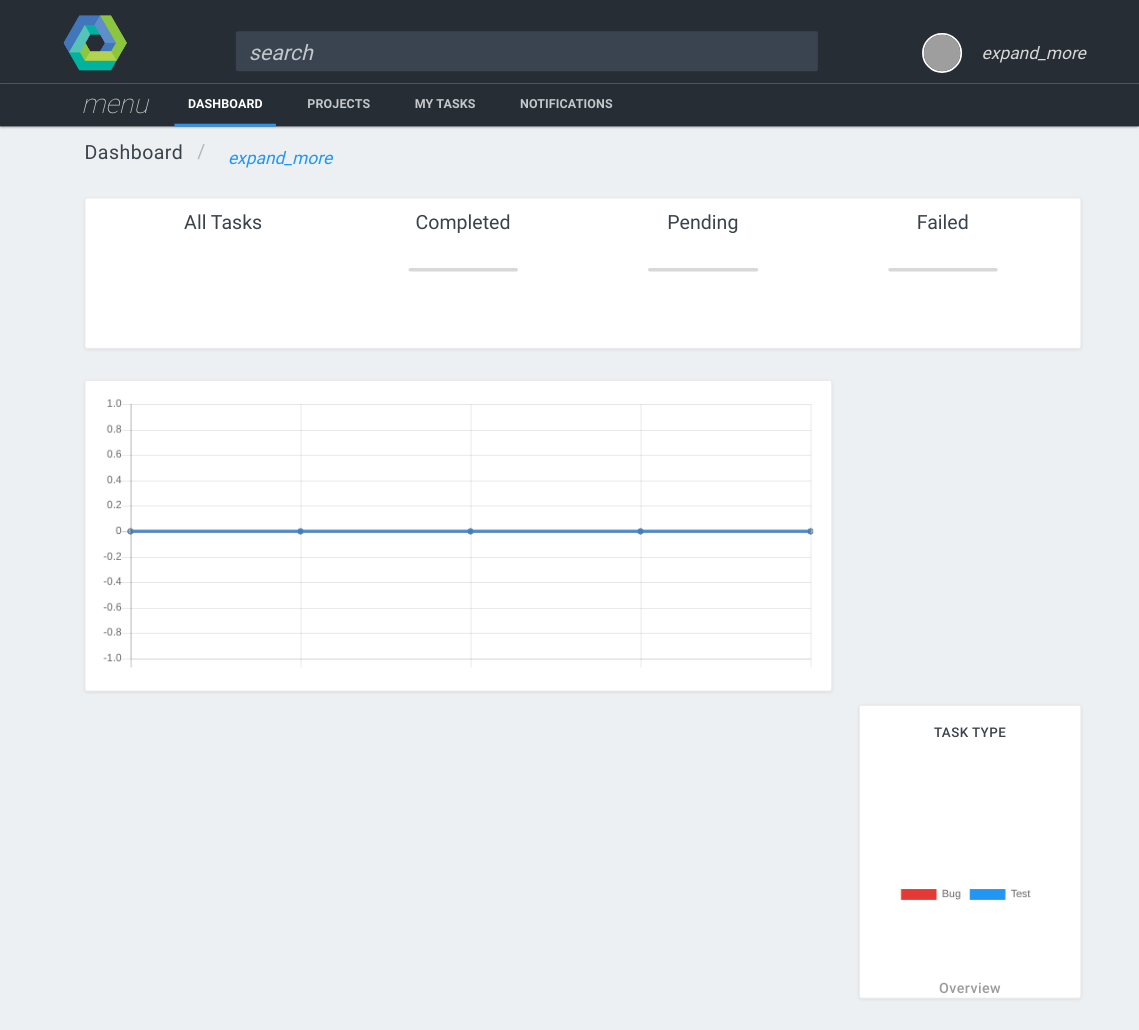
Repository: RenanChagas/ProjectManagement
Page: http://localhost/finalproject/WEB-INF/views/dashboard.jsp
The author's editor kept a copy of each file at every save. The page is drawn from the files as they stood at one save, then again after the next save.
The browser window is 1280 px wide. The pictures show the whole page, at 89% of full size.
Pictures or frames that could not be fetched are drawn as grey boxes. The page is served by Tomcat 9. Nobody is signed in. Other server files are loaded and not shown. The template is opened directly, without the code that normally fills it, so the values that code supplies are empty.

Above is the page before, as saved 2017-11-20 03:40:55.

### finalproject/src/main/webapp/WEB-INF/views/dashboard.jsp
<%@ page language="java" contentType="text/html; charset=ISO-8859-1" pageEncoding="ISO-8859-1"%>
<%@ taglib prefix="c" uri="http://java.sun.com/jsp/jstl/core"%>
<%@ taglib prefix="form" uri="http://www.springframework.org/tags/form"%>
<%@ taglib prefix="t" uri="http://www.springframework.org/tags"%>

<!DOCTYPE html>
<html lang="en">
<head>
  <meta http-equiv="Content-Type" content="text/html; charset=UTF-8"/>
  <meta name="viewport" content="width=device-width, initial-scale=1, maximum-scale=1.0"/>
  <title>Course Management</title>

  <!-- CSS  -->
  <link href="https://fonts.googleapis.com/icon?family=Material+Icons" rel="stylesheet">
  <link type="text/css" rel="stylesheet" media="screen,projection" href="<c:url value='/static/css/materialize.css' />"/>
  <link type="text/css" rel="stylesheet" media="screen,projection" href="<c:url value='/static/css/custom-css.css' />"/>

  <!--  Scripts-->
  <script src="<c:url value="/static/js/jquery-2.1.1.min.js" />"></script>
  <script src="<c:url value="/static/js/materialize.js" />"></script>
  <script src="<c:url value="/static/js/Chart.js" />"></script>
  <script src="<c:url value="/static/js/menu.js" />"></script>

  <!-- Website Logo -->
  <link rel="icon" href="<c:url value="/static/images/default/logo.png"/>">

  <script type="text/javascript">
	  $(document).ready(function() {

		  var completedTaskPerc = ${percCompletedTasks} + '%';
		  var percPendingTasks = ${percPendingTasks} + '%';
		  var percFailedTasks = ${percFailedTasks} + '%';

		  $('#completedTasks').attr('style','width: ' + completedTaskPerc);
		  $('#pendingTasks').attr('style','width: ' + percPendingTasks);
		  $('#failedTasks').attr('style','width: ' + percFailedTasks);



	  });
  </script>

</head>
<body>
<c:set var="contextPath" value="${pageContext.request.contextPath}"/>

	<!-- NAV TOP  -->
	<nav id="logo_nav" class="MDC-navbar-style MDC-shadow-0 hide-on-small-and-down">
    	<div class="nav-wrapper MDC-nav-margin">
    		<!--  NAV CONTAINER -->
      		<div class="row MDC-nav-top-container ">

        	<!-- Logo -->
        	<div class="col s12 m3 l2">
          		<div class="MDC-nav-logo-position">
          			<img src="<c:url value="/static/images/default/logo.png"/>" class="MDC-nav-logo-size"/>
          		</div>
        	</div>

        	<!-- Search -->
        	<div class="col s12 m7 l7">
          		<div class="MDC-nav-search-position">
            	<form>
              		<div class="input-field">
                		<input id="search" type="search" class="MDC-nav-search-focus" required>
                		<label class="label-icon" for="search"><i class="material-icons MDC-nav-search-focus">search</i></label>
                  		<i class="material-icons MDC-nav-search-focus">close</i>
              		</div>
            	</form>
          		</div>
        	</div>

        	<!-- Avatar -->
        	<div class="col s12 m2 l3">
          		<div class="MDC-nav-account-position">
	            	<!-- Dropdown Trigger -->
	            	<a class="dropdown-button " data-beloworigin="true"
	               		href='#' data-activates='account-dropdown'>
	               		<div class="MDC-nav-account-option-position hide-on-med-and-down">
	                		 <i class="material-icons MDC-icon-small MDC-color-grey-light">expand_more</i>
	               		</div>
	               		<span class="MDC-login-text MDC-nav-account-text-position
	               					MDC-color-grey-light hide-on-med-and-down">
	                 	${user.username}
	               		</span>
	               		<img src="<c:url value="/static/images/avatar/${user.username}/${user.username}.png"/>"
	               				class="MDC-avatar-circle-small mdc-nav-avatar-position"/>
	            	</a>
	            	<!-- Dropdown Structure -->
	            	<ul id='account-dropdown' class='dropdown-content MDC-nav-account-dropdown-position'>
	              		<li><a id="profile" class="modal-trigger MDC-color-grey-dark-2 MDC-font-15" href="${contextPath}/profile">Profile</a></li>
	              		<li><a class="MDC-color-grey-dark-2 MDC-font-15" href="#!">Report a Problem</a></li>
	              		<li class="divider"></li>
	              		<li><a class="MDC-color-grey-dark-2 MDC-font-15" href="${contextPath}/logout">Logout</a></li>
	            	</ul>
          		</div>
        	</div>

			</div>
			<!--  NAV CONTAINER - END-->
		</div>
	</nav>
	<!-- NAV TOP - END -->

  <!-- NAV MENU  -->
  <div class="MDC-menu-fullWidth">
    <div class="MDC-shadow-bottom">
      <header class="MDC-shadow-bottom">
        <nav id="menu_nav" class="MDC-navbar-menu-size MDC-navbar-style MDC-shadow-0 MDC-nav-margin">
          <div class="nav-wrapper MDC-nav-margin MDC-left">
            <!-- MENU ROW -->
            <div class="row">
              <div class="col">
                <div class="MDC-nav-menu-container">

                  <ul id="nav-mobile" class="MDC-nav-menu-ul left left-align">
                    <a href="#" id="mobile-icon" onclick="openNav()" class="left MDC-padding-mobile-0
                    MDC-hover-none">
                      <i class="material-icons MDC-nav-tabs-icon MDC-color-grey-light">
                        menu
                      </i>
                    </a>
                    <li class="MDC-navbar-menu"><a class="active MDC-navbar-active" href="${contextPath}/dashboard">Dashboard</a></li>
                    <li class="MDC-navbar-menu"><a href="${contextPath}/projects">Projects</a></li>
                    <li class="MDC-navbar-menu"><a href="#!">My Tasks</a></li>
                    <li class="MDC-navbar-menu"><a href="${contextPath}/notification">Notifications
                      </a>
                    </li>
                  </ul>
                  <div id="mySidenav" class="MDC-sidenav">
                    <a href="javascript:void(0)" class="MDC-closebtn" onclick="closeNav()">x</a>
                    <a href="#">About</a>
                    <a href="#">Services</a>
                    <a href="#">Clients</a>
                    <a href="#">Contact</a>
                  </div>

                </div>
              </div>
            </div>
            <!-- MENU ROW - END -->
          </div>
        </nav>
      </header>
    </div>
  </div>
  <!-- NAV MENU - END -->

  <!-- TITLE PAGE -->
  <div class="row  MDC-page-center MDC-page-container">
    <div class="col MDC-padding-0 left">
      <div class="MDC-page-title-size">
        <font class="MDC-h5-style MDC-color-grey-dark-2 MDC-display-inline">Dashboard</font>
        <font class="MDC-h5-style MDC-color-grey-light-2 MDC-display-inline MDC-relative
                     MDC-news-counterBar-position">/
        </font>
        <font class="MDC-h5-style MDC-color-blue MDC-display-inline">${user.username}</font>
        <i class="material-icons MDC-icon-small MDC-color-blue
                  MDC-news-expand-icon-position MDC-relative">expand_more</i>

      </div>
    </div>
  </div>
  <!-- TITLE PAGE - END -->

  <!-- RESUME CONTAINER -->
  <div class="MDC-page-center MDC-page-container">
    <!-- RESUME CONTENT -->
    <div class="row MDC-page-margin-top">
      <div class="col l12 MDC-padding-0 MDC-margin-right40">
        <div class="MDC-card MDC-dashboard-card-size">
          <div class="MDC-card-news-container">

            <!-- All Courses -->
            <div class="col l3">
              <div class="row center">
                <font class="MDC-font-22 MDC-color-grey-dark-2">
                  All Tasks
                </font>
              </div>
              <div class="row center">
                <font class="MDC-font-60 MDC-font-bold MDC-color-grey">
                  ${allTasks}
                </font>
              </div>
            </div>

            <!-- Completed Courses -->
            <div class="col l3">
              <div class="row center">
                <font class="MDC-font-22 MDC-color-grey-dark-2">
                  Completed
                </font>
              </div>
              <div class="row center">
                <font class="MDC-font-60 MDC-font-bold MDC-color-grey ">
                  ${completedTasks}
                </font>
                <div class="progress MDC-progressBar-50 MDC-margin-0 MDC-top15 MDC-background-grey-light">
                  <div id="completedTasks" class="determinate"></div>
                </div>
              </div>
            </div>

            <!-- Missing Courses -->
            <div class="col l3">
              <div class="row center">
                <font class="MDC-font-22 MDC-color-grey-dark-2">
                  Pending
                </font>
              </div>
              <div class="row center">
                <font class="MDC-font-60 MDC-font-bold MDC-color-grey ">
                  ${pendingTasks}
                </font>
                <div class="progress MDC-progressBar-50 MDC-margin-0 MDC-top15 MDC-background-grey-light">
                  <div id="pendingTasks" class="determinate yellow darken-2"></div>
                </div>
              </div>
            </div>

            <!-- Overdue Courses -->
            <div class="col l3">
              <div class="row center">
                <font class="MDC-font-22 MDC-color-grey-dark-2">
                  Failed
                </font>
              </div>
              <div class="row center">
                <font class="MDC-font-60 MDC-font-bold MDC-color-grey ">
                  ${failedTasks}
                </font>
                <div class="progress MDC-progressBar-50 MDC-margin-0 MDC-top15 MDC-background-grey-light">
                  <div id="failedTasks" class="determinate red darken-1"></div>
                </div>
              </div>
            </div>

          </div>
        </div>
      </div>
    </div>
    <!-- RESUME CONTENT - END -->

    <!-- Graphics -->
    <div class="row">
      <div class="col l9 MDC-padding-0 MDC-margin-right40">
        <div class="MDC-card MDC-dashboardGraphics-card-size">
          <div class="MDC-card-news-container">

            <div>
                <canvas class="MDC-margin-top20" id="chartjs-Months" width="100" height="320"></canvas>
            </div>
            <script type="text/javascript">


            new Chart(document.getElementById("chartjs-Months"), {

              type: 'line',
              data: {
                labels: ["" + "${months[4]}" + "", "" + "${months[3]}" + "", "" + "${months[2]}" + "", "" + "${months[1]}" + "", "" + "${months[0]}" + ""],
                datasets: [
                  {
                    label: "Tasks Completed",
                    borderColor: "#2196F3",
                    data: ["" + "${completedTasksNumber[4]}" + "","" + "${completedTasksNumber[3]}" + "","" + "${completedTasksNumber[2]}" + "","" + "${completedTasksNumber[1]}" + "", "" + "${completedTasksNumber[0]}" + ""],
                    fill: false,
                    lineTension: 0.2
                  },
                  {
                    label: "Tasks Failed",
                    borderColor: "#e53935",
                    data: ["" + "${failedTasksNumber[4]}" + "","" + "${failedTasksNumber[3]}" + "","" + "${failedTasksNumber[2]}" + "","" + "${failedTasksNumber[1]}" + "", "" + "${failedTasksNumber[0]}" + ""],
                    fill: false,
                    lineTension: 0.2
                  },
                  {
                    label: "Tasks Pending",
                    borderColor: "#fbc02d",
                    data: ["" + "${pendingTasksNumber[4]}" + "","" + "${pendingTasksNumber[3]}" + "","" + "${pendingTasksNumber[2]}" + "","" + "${pendingTasksNumber[1]}" + "", "" + "${pendingTasksNumber[0]}" + ""],
                    fill: false,
                    lineTension: 0.2
                  }
                ]
              },
              "options":{
                "legend": {
                  display: false
                },
                "responsive": true,
                "maintainAspectRatio": false,
                "scales": {
                  "xAxes": [{
                            "gridLines": {
                              display:true
                            }
                  }],
                  "yAxes": [{
                            "gridLines": {
                              display:true
                            }
                            }]
                  }
              }
            });

            </script>

          </div>
        </div>
      </div>

      <!-- Courses -->
      <div class="col MDC-padding-0 right">
        <div class="MDC-card MDC-course-card-size">

          <!-- Task Title -->
          <div class="row center MDC-margin-top10">
            <font class="truncate MDC-font-15 MDC-color-grey-dark-2 MDC-font-h1">
                Task Type
              </font>
          </div>

          <!-- Image -->
          <a href="#">
            <div class="row center MDC-margin-top20">

              <div class="MDC-margin-right20 MDC-margin-left20">
                  <canvas class="MDC-margin-top20 center" id="chartjs-doughnut" width="10" height="10"></canvas>
              </div>
              <script type="text/javascript">
              new Chart(document.getElementById("chartjs-doughnut"), {
                type: 'doughnut',
                data: {
                  labels: ["Bug", "Test"],
                  datasets: [ {
                    data: [
                      "" + "${taskTypeBug}" + "",
                      "" + "${taskTypeTest}" + ""
                    ],
                    backgroundColor: [
                    "#e53935",
                    "#2196F3",
                    ],
                    label: ""
                  }]
                },
                "options":{
                  "legend": {
                    display: true,
                    top: "10px",
                    position: "bottom"
                  },
                  "layout": {
                	  "padding": {
                		  bottom: 50
                	  }
                  },
                  animation: {
                  animateScale: true,
                  animateRotate: true
                  }
                }
              });

              </script>
              <!--
              <img src="images/temp/man-profile-circle-4.png"
                class="MDC-avatar-circle-large MDC-shadow-default"/> -->
            </div>
          </a>

          <!-- Task Description -->
          <div class="row center MDC-margin-bottom-10">
            <font class="truncate MDC-font-16-2 MDC-color-grey MDC-font-h1
                        MDC-uppercase-none">
               Overview
            </font>
          </div>

        <!-- CARD END -->
        </div>
      </div>
      <!-- Courses END -->


    </div>


  </div>
  <!-- RESUME CONTAINER - END -->

</body>
</html>

Loaded but not shown: finalproject/src/main/webapp/static/css/materialize.css (library); finalproject/src/main/webapp/static/js/jquery-2.1.1.min.js (library); finalproject/src/main/webapp/static/js/materialize.js (library); finalproject/src/main/webapp/static/js/Chart.js (library); finalproject/src/main/webapp/static/js/menu.js (49 lines, source omitted); finalproject/src/main/webapp/static/css/custom-css.css (1593 lines, source omitted)

After the next save:
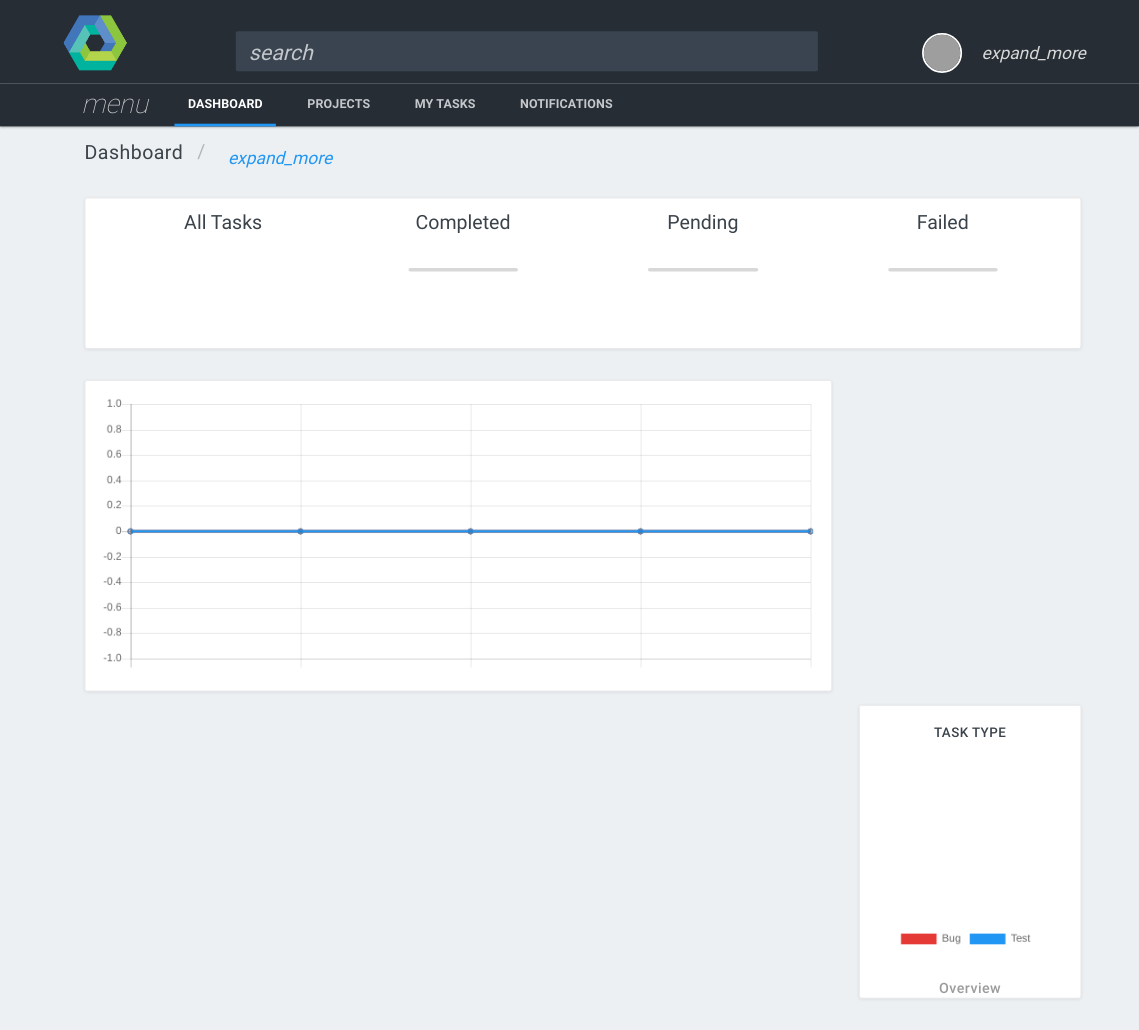
Saved 33 s later.
--- a/finalproject/src/main/webapp/WEB-INF/views/dashboard.jsp
+++ b/finalproject/src/main/webapp/WEB-INF/views/dashboard.jsp
@@ -351,11 +351,6 @@
                     top: "10px",
                     position: "bottom"
                   },
-                  "layout": {
-                	  "padding": {
-                		  bottom: 50
-                	  }
-                  },
                   animation: {
                   animateScale: true,
                   animateRotate: true
